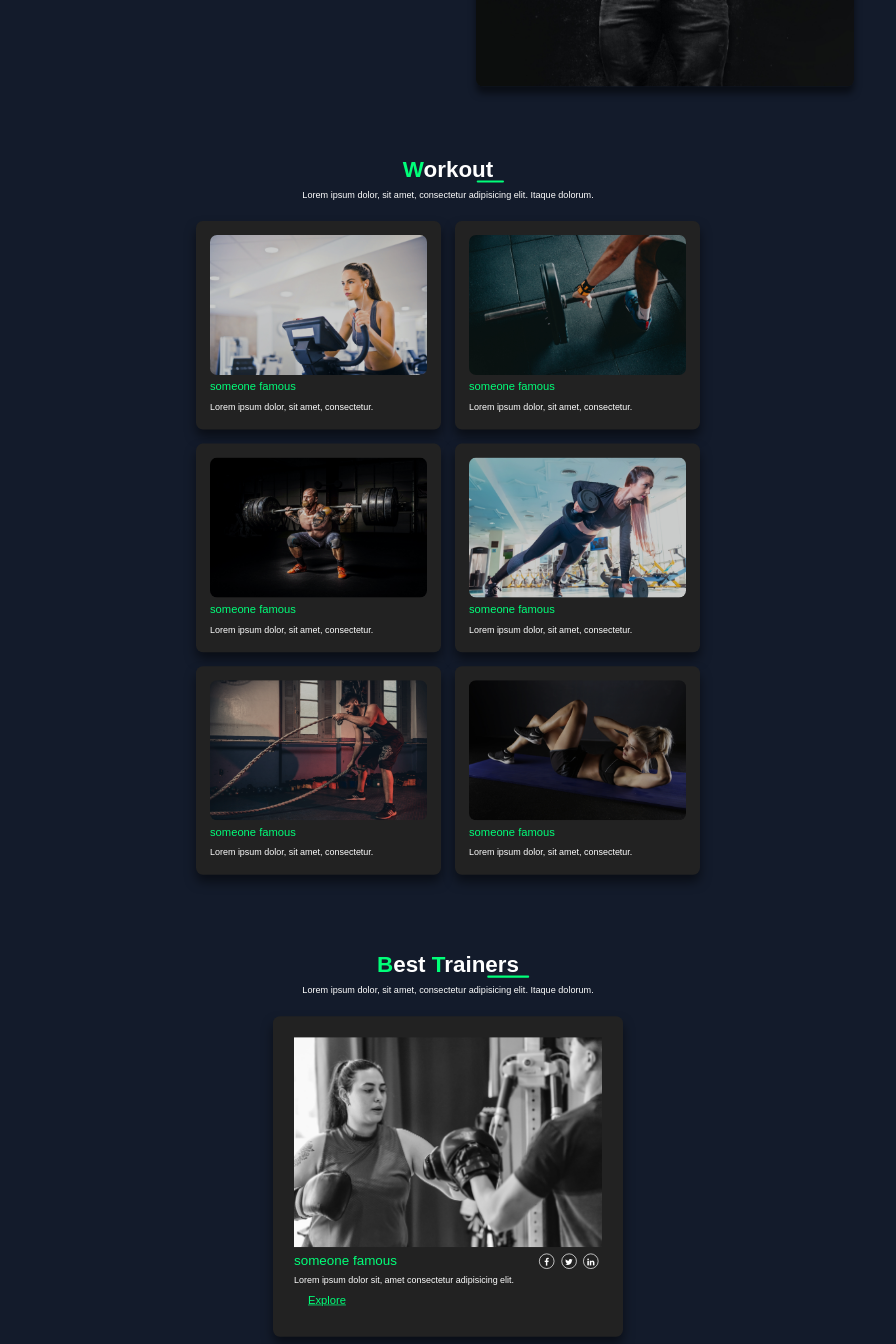
Repository: guilhermecardoso93/fitapex
Page: index.html
These files come from the project's save history. The page is drawn as it stood at one moment and after the next save; the edit follows.
The browser window is 1280 px wide. The pictures show the part of the page from y = 1204 to 3124 px (the page is 3124 px tall), at 70% of full size.

Above is the page before, as saved 2023-03-07 21:03:25.

After the next save:
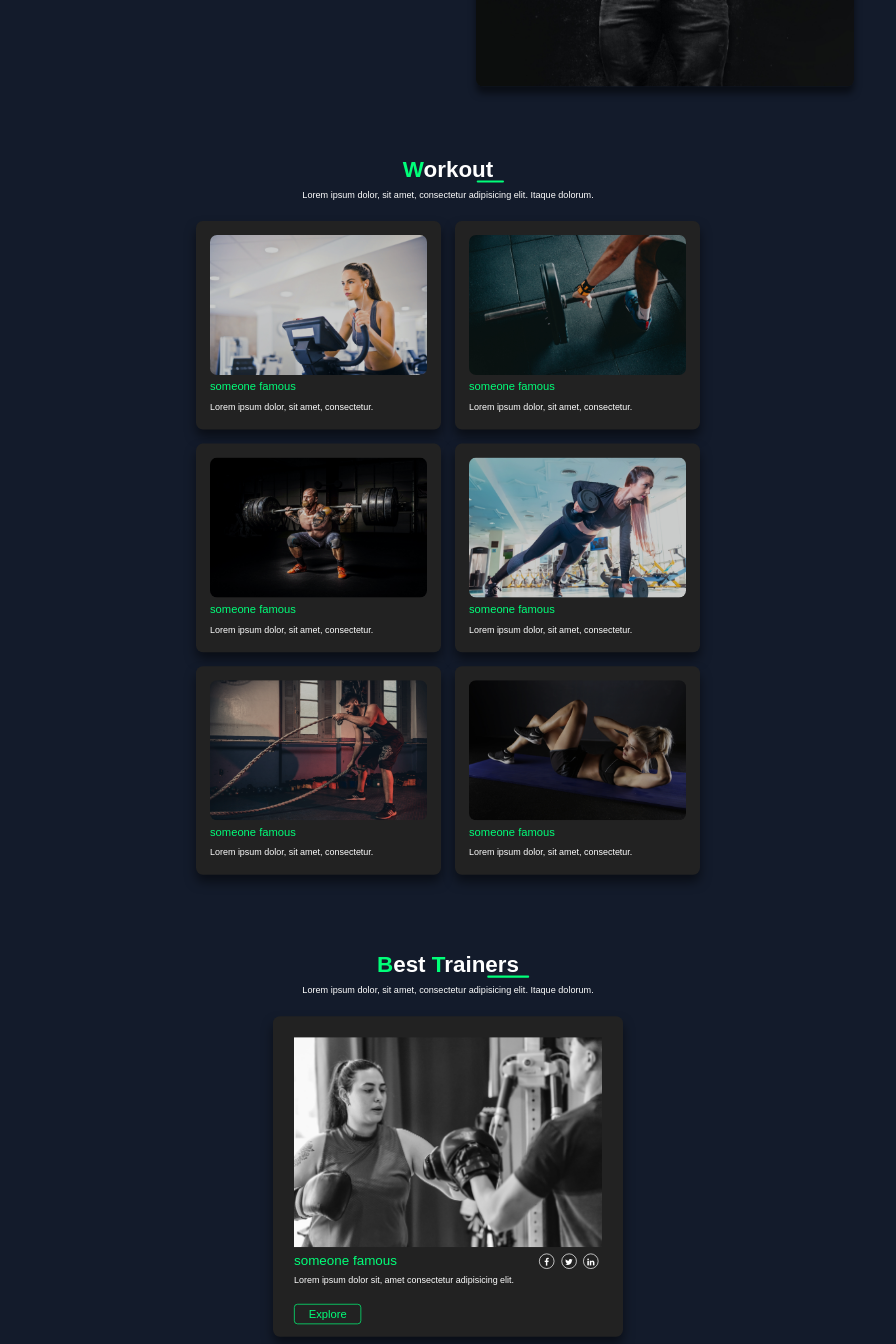
Saved 69 s later.
--- a/css/_trainers.css
+++ b/css/_trainers.css
@@ -73,4 +73,10 @@
   color: var(--prime);
   background: transparent;
   padding: 5px 20px;
+  border: 1.5px solid var(--prime);
+  border-radius: 5px;
+  text-decoration: none;
+  position: relative;
+  text-transform: capitalize;
+  transition: 0.2s ease;
 }
